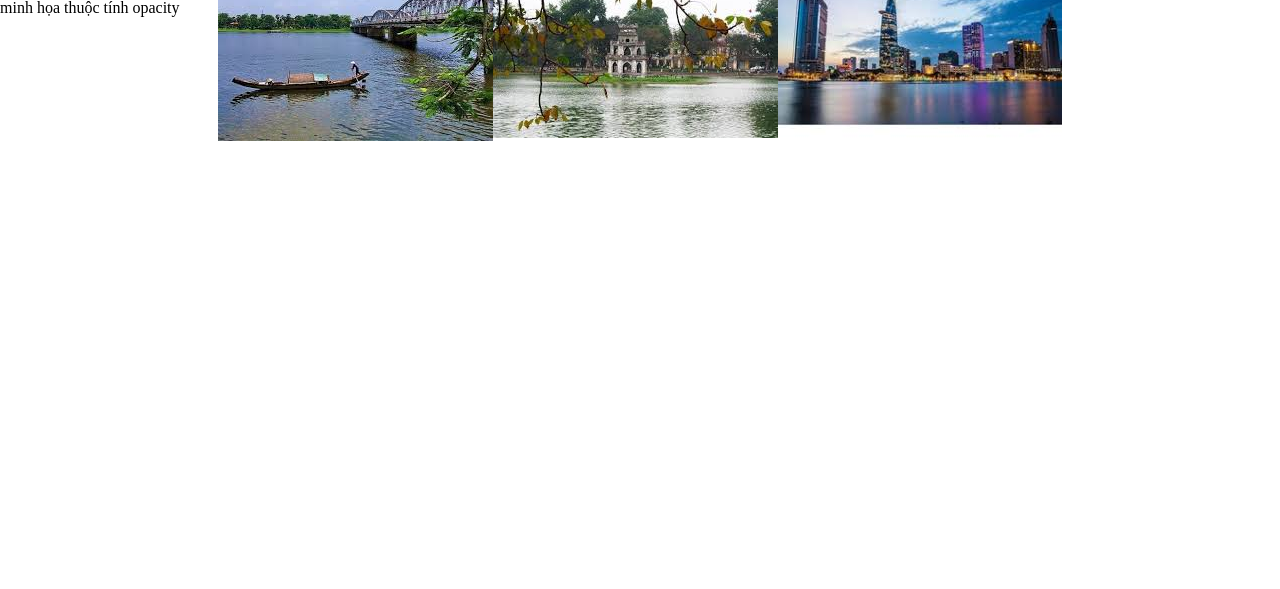
Repository: Tan-Khang21/TH_TKW--Buoi_07
Page: Bai_Tap_Tren_lop/Bai_04/Opacity1.html
The author's editor kept a copy of each file at every save. The page is drawn from the files as they stood at one save, then again after the next save.
The browser window is 1280 px wide. The pictures show the whole page.

Above is the page before, as saved 2024-03-12 16:25:27.

After the next save:
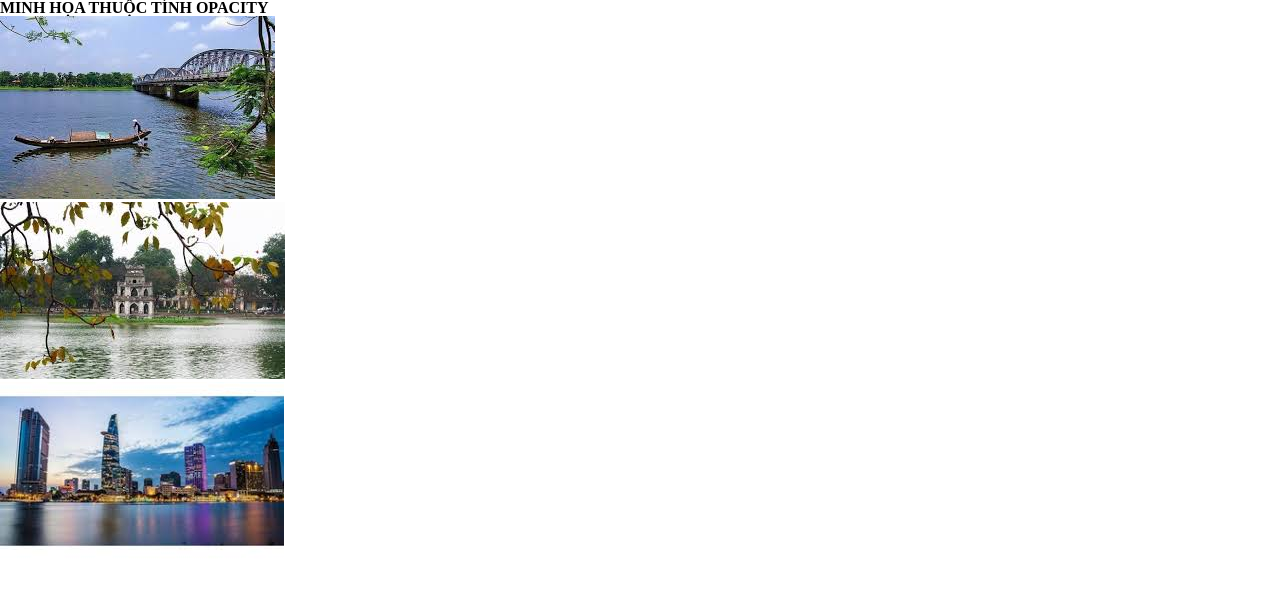
Saved 52 s later.
--- a/Bai_Tap_Tren_lop/Bai_04/style.css
+++ b/Bai_Tap_Tren_lop/Bai_04/style.css
@@ -4,21 +4,7 @@
 body {
   width: 100%;
 }
-.container {
-  width: 100px;
-  height: 30px;
-  font-size: 20px;
-  background-color: #00cc66;
-  box-shadow: 0 0 10px black;
-  border-radius: 10px;
-  margin: 20px auto;
-  display: flex;
-  align-items: center;
-  justify-content: center;
-  transition: 1s linear;
+.title {
+  font-weight: bold;
+  text-transform: uppercase;
 }
-.container:hover {
-  width: 200px;
-  height: 60px;
-  background-color: white;
-}
